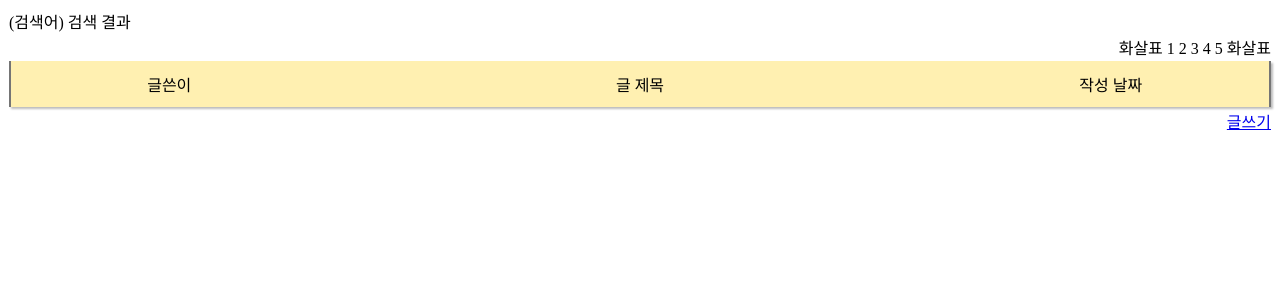
Repository: GOHO97/Haheeho
Page: http://localhost/Haheeho_Adblock/WEB-INF/views/board/board.jsp
These files come from the project's save history. The page is drawn as it stood at one moment and after the next save; the edit follows.
The browser window is 1280 px wide. The pictures show the whole page.
The page is served by Tomcat 9. Nobody is signed in. Other server files are loaded and not shown. The template is opened directly, without the code that normally fills it, so the values that code supplies are empty.

Above is the page before, as saved 2022-11-01 03:14:17.

### Haheeho_Adblock/src/main/webapp/WEB-INF/views/board/board.jsp
<%@ page language="java" contentType="text/html; charset=UTF-8"
    pageEncoding="UTF-8"%>
<!DOCTYPE html>
<html>
<head>
<meta charset="UTF-8">
<title>Insert title here</title>
<link rel="stylesheet" href="resources/css/board.css">
</head>
<body>
	<table id="boardMainTable">
		<tr>
			<td align="left">
				<div id="boardSearchResult">
					(검색어) 검색 결과
				</div>
			</td>
		</tr>
		<tr>
			<td align="right">
				화살표 1 2 3 4 5 화살표
			</td>
		</tr>
		<tr>
			<td align="center">
				<table class="boardArea">
					<tr>
						<td class="boardUserName" align="center">
							글쓴이
						</td>
						<td class="boardTitle" align="center">
							<a>글 제목</a>
						</td>
						<td class="boardDate" align="center">
							작성 날짜
						</td>
					</tr>
				</table>
			</td>
		</tr>
		<tr>
			<td align="right">
				<a href="board.write.go">글쓰기</a>
			</td>
		</tr>
	</table>
</body>
</html>

### Haheeho_Adblock/src/main/webapp/resources/css/board.css
@charset "UTF-8";

#boardSearchTab {
	width: 50%;
	height: 30px;
}

#boardMainTable{
	width: 100%;
	border-spacing: 0;
}

.boardArea {
	border-left: 2px solid #757575;
	border-right: 2px solid #757575;
	box-shadow: 2px 2px 2px #BDBDBD;
	width: 100%;
	background-color: #FFE16480;
}


.boardUserName, .boardTitle, .boardDate{
	height: 40px;
}

.boardUserName{
	width: 25%;
}

.boardTitle{
	width: 50%;
}

.boardDate{
	width: 25%;
}

#boardWriteButton{
	background-color: #EF5E5A;
	border: none;
	font-family: "b";
	font-size: 20px;
	color: #FFE164;
	border-bottom-left-radius: 5px;
	border-bottom-right-radius: 5px;
}

#boardSearchResultDiv{
	margin-right: 440px;
	width: 400px;
	height: 30px;
	padding-top:10px;
	border-top: 2px solid #757575;
	border-left: 2px solid #757575;
	border-right: 2px solid #757575;
	border-top-left-radius: 5px;
	border-top-right-radius: 5px;
	text-align: center;
}

#boardSearchResultDiv span{
	color: red;
}

#boardSearchResultDiv a{
	font-size: 15px;
	background-color: #EF5E5A30;
	border-radius: 5px;
}

#boardPageNum{
	border-left: 2px solid #757575;
	border-right: 2px solid #757575;
	border-bottom: 2px solid #757575;
	box-shadow: 2px 2px 2px #BDBDBD;
	padding-right: 20px;
}

After the next save:
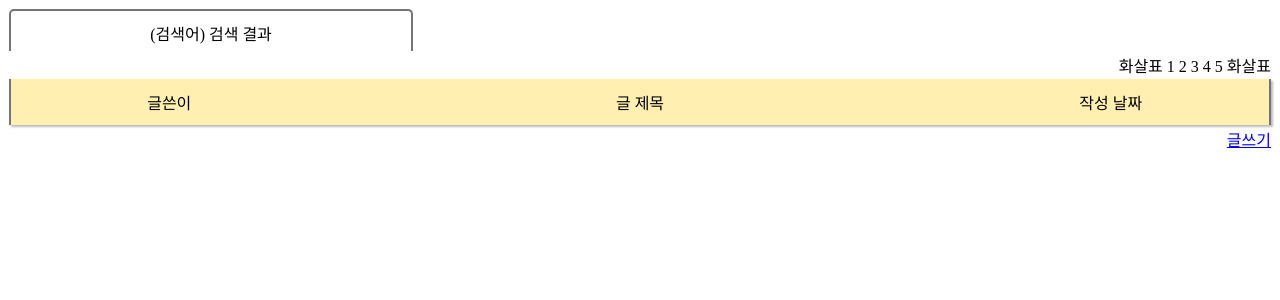
Saved 6 s later.
--- a/Haheeho_Adblock/src/main/webapp/WEB-INF/views/board/board.jsp
+++ b/Haheeho_Adblock/src/main/webapp/WEB-INF/views/board/board.jsp
@@ -11,7 +11,7 @@
 	<table id="boardMainTable">
 		<tr>
 			<td align="left">
-				<div id="boardSearchResult">
+				<div id="boardSearchResultDiv">
 					(검색어) 검색 결과
 				</div>
 			</td>
